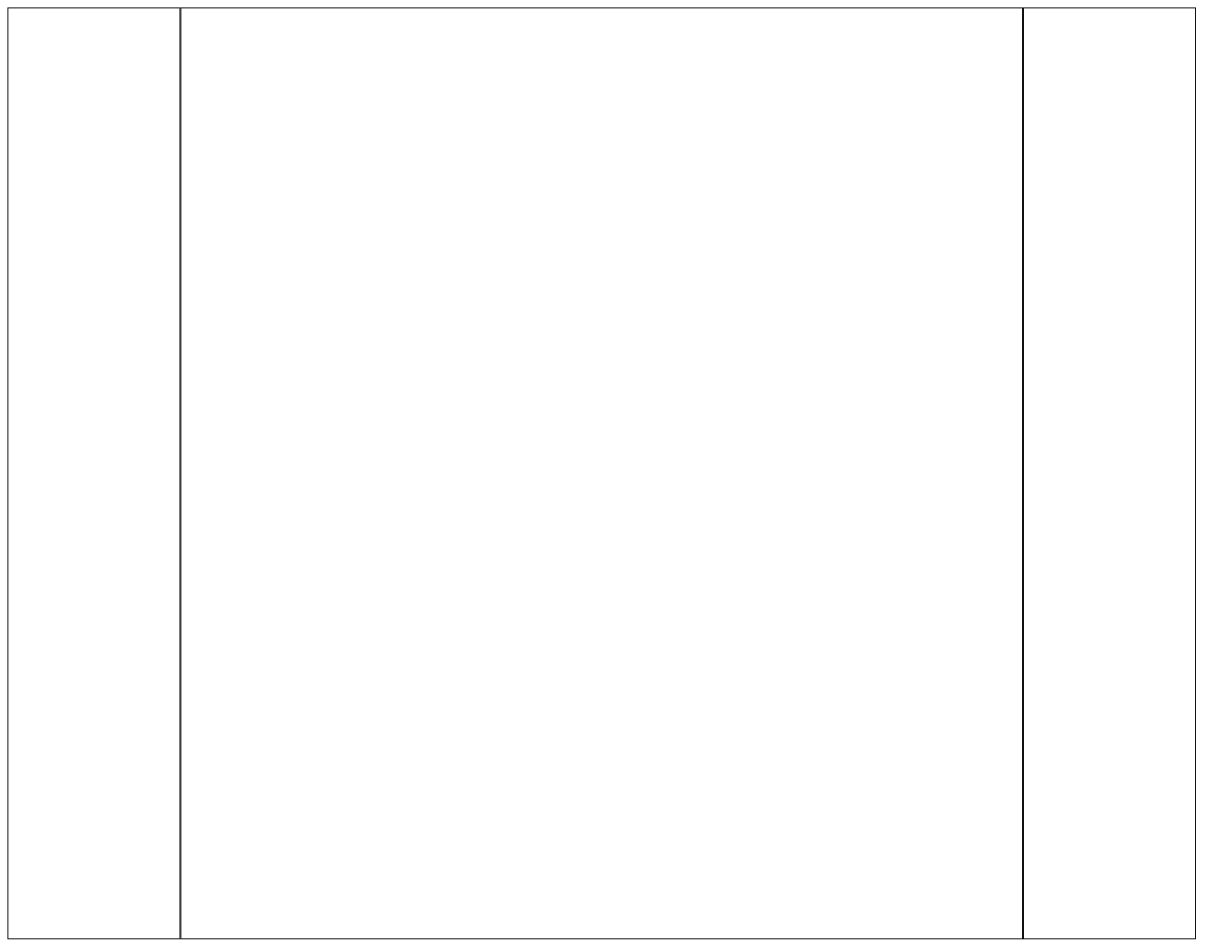
Repository: longtn213/Frond_end_HTML-CSS
Page: Front-End/Demohtml/Demo Html Css.html
These files come from the project's save history. The page is drawn as it stood at one moment and after the next save; the edit follows.
The browser window is 1280 px wide. The page is 1286 px wide, then 1324 px, so the pictures cover 1324 px, including what lies to the right of the window. The pictures show the whole page, at 93% of full size.

Above is the page before, as saved 2021-09-09 14:13:11.

After the next save:
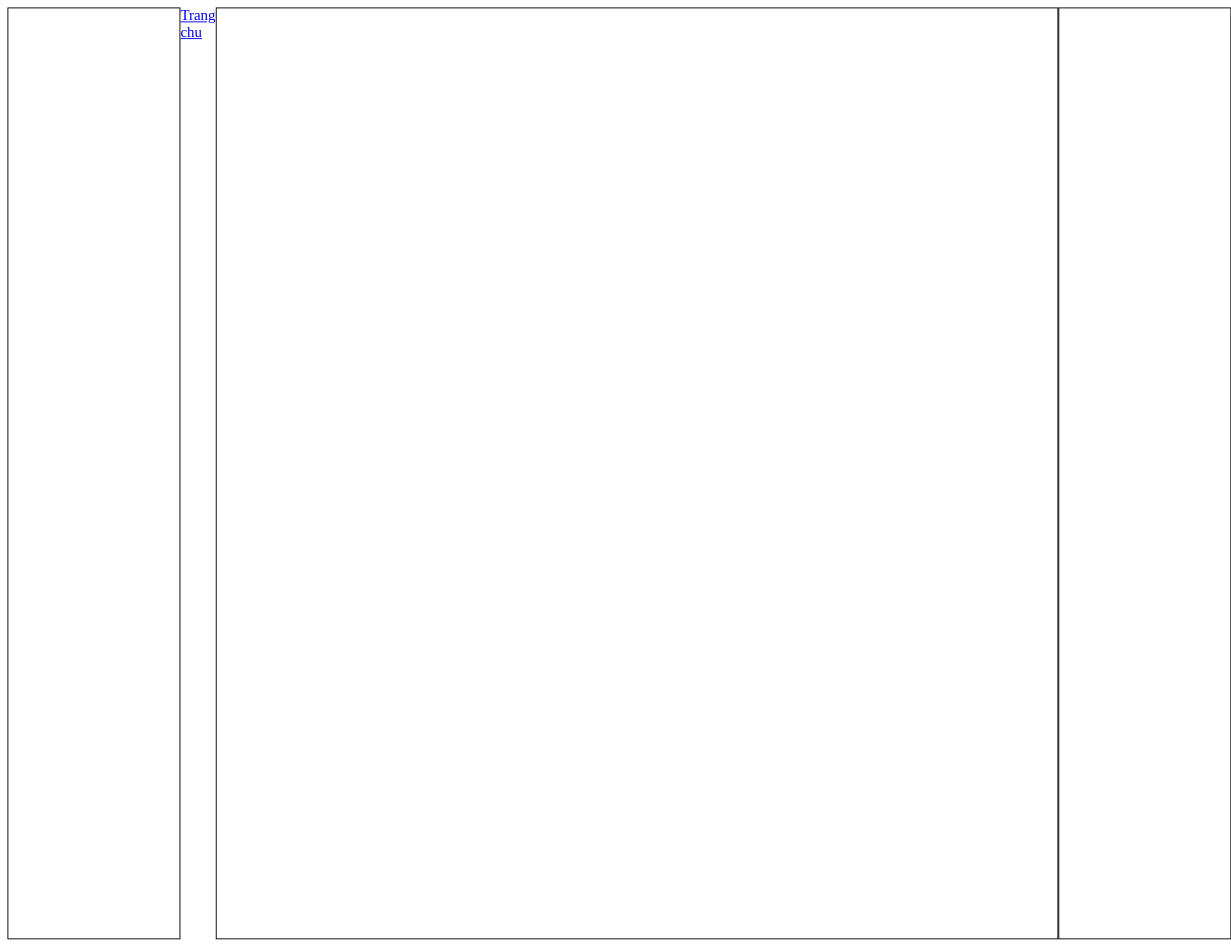
Saved 2 min 21 s later.
--- a/Front-End/Demohtml/Demo Html Css.html
+++ b/Front-End/Demohtml/Demo Html Css.html
@@ -14,10 +14,9 @@
         <table class="table1">
         </table>
         <table class="table2">
-
+            <tr><a href="#">Trang chu</a></tr>
         </table>
         <table class="table3">
-
         </table>
 
     </div>
